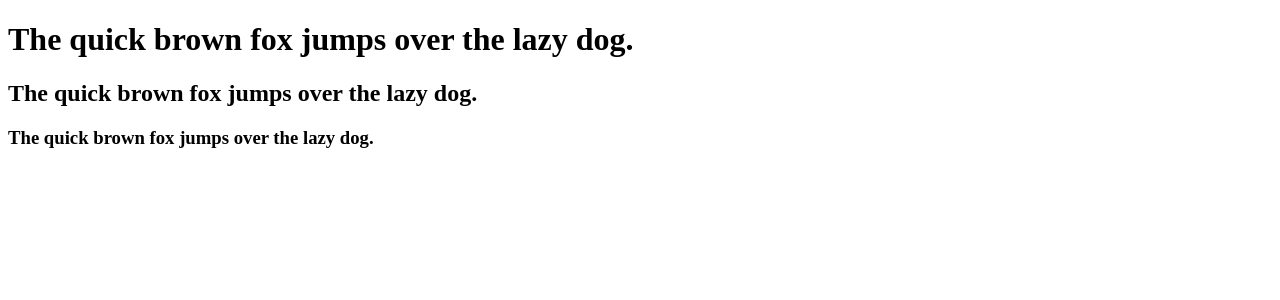
Repository: PhilipMuturi/website
Page: website/index.html
These files come from the project's save history. The page is drawn as it stood at one moment and after the next save; the edit follows.
The browser window is 1280 px wide. The pictures show the whole page.

Above is the page before, as saved 2023-11-29 08:53:32.

After the next save:
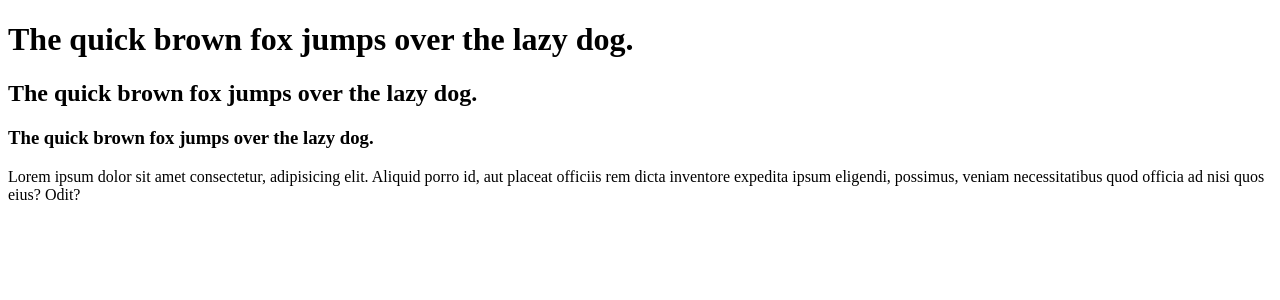
Saved 3 min 8 s later.
--- a/website/index.html
+++ b/website/index.html
@@ -7,5 +7,6 @@
         <h1>The quick brown fox jumps over the lazy dog.</h1>
         <h2>The quick brown fox jumps over the lazy dog.</h2>
         <h3>The quick brown fox jumps over the lazy dog.</h3>
+        <p>Lorem ipsum dolor sit amet consectetur, adipisicing elit. Aliquid porro id, aut placeat officiis rem dicta inventore expedita ipsum eligendi, possimus, veniam necessitatibus quod officia ad nisi quos eius? Odit?</p>
     </body>
 </html>
